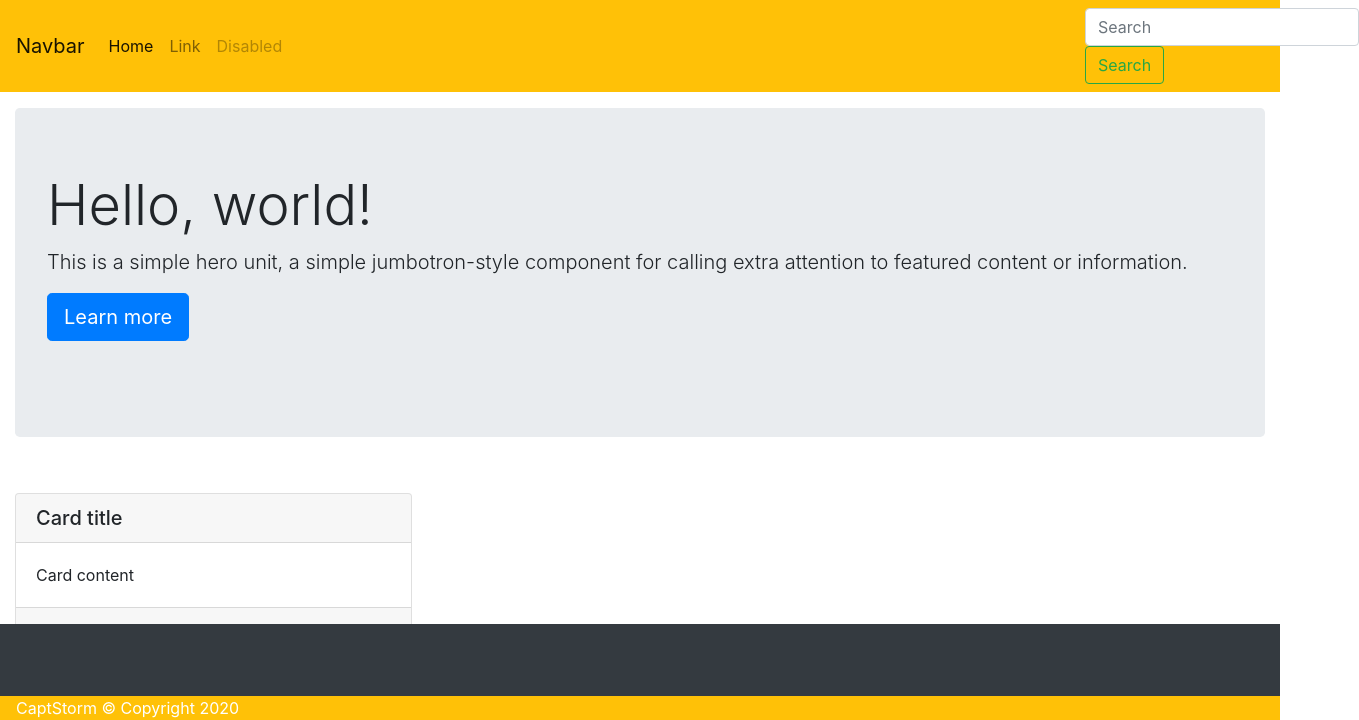
Repository: CaptainStorm21/complete-react16-bootstrap-passing-props
Page: /
These files come from the project's save history. The page is drawn as it stood at one moment and after the next save; the edit follows.
The browser window is 1280 px wide. The page is 1359 px wide, then 1280 px, so the pictures cover 1359 px, including what lies to the right of the window. The pictures show the whole page.
The project was rebuilt for these pictures with package versions that can differ from the ones it lists, and the page was loaded fresh each time.

Above is the page before, as saved 2020-04-23 14:43:28.

### public/index.html
<!DOCTYPE html>
<html lang="en">
<head>
  <title>Bootstrap Example</title>
  <meta charset="utf-8">
  <meta name="viewport" content="width=device-width, initial-scale=1">
  <link rel="stylesheet" href="https://maxcdn.bootstrapcdn.com/bootstrap/4.4.1/css/bootstrap.min.css">
  <script src="https://ajax.googleapis.com/ajax/libs/jquery/3.4.1/jquery.min.js"></script>
  <script src="https://cdnjs.cloudflare.com/ajax/libs/popper.js/1.16.0/umd/popper.min.js"></script>
  <script src="https://maxcdn.bootstrapcdn.com/bootstrap/4.4.1/js/bootstrap.min.js"></script>
</head>
<body>
<div id="root"></div>

</body>
</html>

### src/index.js
import React from 'react';
import ReactDOM from 'react-dom';
import './style.css';
import App from './App';
import * as serviceWorker from './serviceWorker';


ReactDOM.render(
  <React.StrictMode>
    <App />
  </React.StrictMode>,
  document.getElementById('root')
);

// If you want your app to work offline and load faster, you can change
// unregister() to register() below. Note this comes with some pitfalls.
// Learn more about service workers: https://bit.ly/CRA-PWA
serviceWorker.unregister();

### src/style.css




body {
  margin: 0;
  font-family: -apple-system, BlinkMacSystemFont, 'Segoe UI', 'Roboto', 'Oxygen',
    'Ubuntu', 'Cantarell', 'Fira Sans', 'Droid Sans', 'Helvetica Neue',
    sans-serif;
  -webkit-font-smoothing: antialiased;
  -moz-osx-font-smoothing: grayscale;
}

.footer {
  position: absolute;
  bottom: 0;
  width: 100%;
  height: 60px; /* Set the fixed height of the footer here */
  line-height: 60px; /* Vertically center the text there */
  background-color: purple;
}

### src/App.js
import React from "react";
import Main from "./components/Main";
import ContanerCard from "./components/ContainerCard";

import Header from "./components/layout/Header";
import Footer from "./components/layout/Footer";

function App() {
  return (
    <div>
      <Header />
      <div classNameName="container-fluid">
        <div className="col-lg-12 py-3">
          <Main />
        </div>
        <div className="container-fluid">
          <div className="row">
            <ContanerCard />
          </div>
        </div>
        <Footer />
      </div>
    </div>
  );
}

export default App;

### src/components/Main.js
import React from "react";

function Main() {
  return (
    <div className="jumbotron">
      <h1 className="display-4">Hello, world!</h1>
      <p className="lead">
        This is a simple hero unit, a simple jumbotron-style component for
        calling extra attention to featured content or information.
        <p className = "py-3">
        <a className="btn btn-primary btn-lg" href="#" role="button">
          Learn more
        </a>
        </p>
      </p>
    </div>
  );
}

export default Main;

### src/components/ContainerCard.js
import React from "react";

function ContainerCard() {
  return (
    <div className="col-md-4 col-lg-4 py-2">
    <div className="card">
      <h5 className="card-header">Card title</h5>
      <div className="card-body">
        <p className="card-text">Card content</p>
      </div>
      <div className="card-footer">Card footer</div>
    </div>
    </div>
  );
}

export default ContainerCard;

### src/components/layout/Header.js
import React from "react";
import Navbar from "./Navbar";

function Header() {
  return (
    <nav className="navbar navbar-expand-lg navbar-light bg-warning">
              <Navbar />
    </nav>
  );
}

export default Header;

### src/components/layout/Footer.js
import React from "react";

function Footer() {
  return (
    <footer className="bg-dark py-5 fixed-bottom ">
      <div className="container"></div>
      <div className="container-fluid">
        <div className="row bg-info">
        <div className="bg-warning fixed-bottom">
          <span className="p-3 text-white">
            CaptStorm &copy; Copyright 2020
          </span>
        </div>        </div>
      </div>
    </footer>
  );
}

export default Footer;

### src/components/layout/Navbar.js
import React from "react";
import "./Nav.css";

function Navbar() {
  return (
    <>
 <a className="navbar-brand" href="#">Navbar</a>
  <button className="navbar-toggler" type="button" data-toggle="collapse" data-target="#navbarTogglerDemo02" aria-controls="navbarTogglerDemo02" aria-expanded="false" aria-label="Toggle navigation">
    <span className="navbar-toggler-icon"></span>
  </button>

  <div className="collapse navbar-collapse" id="navbarTogglerDemo02">
    <ul className="navbar-nav mr-auto mt-2 mt-lg-0">
      <li className="nav-item active">
        <a className="nav-link" href="#">Home <span className="sr-only">(current)</span></a>
      </li>
      <li className="nav-item">
        <a className="nav-link" href="#">Link</a>
      </li>
      <li className="nav-item">
        <a className="nav-link disabled" href="#" tabindex="-1" aria-disabled="true">Disabled</a>
      </li>
    </ul>
    <form className="form-inline my-2 my-lg-0 col-2">
      <input className="form-control mr-sm-2" type="search" placeholder="Search" />
      <button className="btn btn-outline-success my-2 my-sm-0" type="submit">Search</button>
    </form>
    </div>
        </>

  );
}

export default Navbar;

### src/components/layout/Nav.css
@media (min-width: 768px) {
    .navbar-nav {
      width: 100%;
      text-align: center;
    }
    .navbar-nav > li {
      float: none;
      display: inline-block;
    }
    .navbar-nav > li.navbar-right {
      float: right !important;
    }
  }

Loaded but not shown: src/serviceWorker.js (common file)

After the next save:
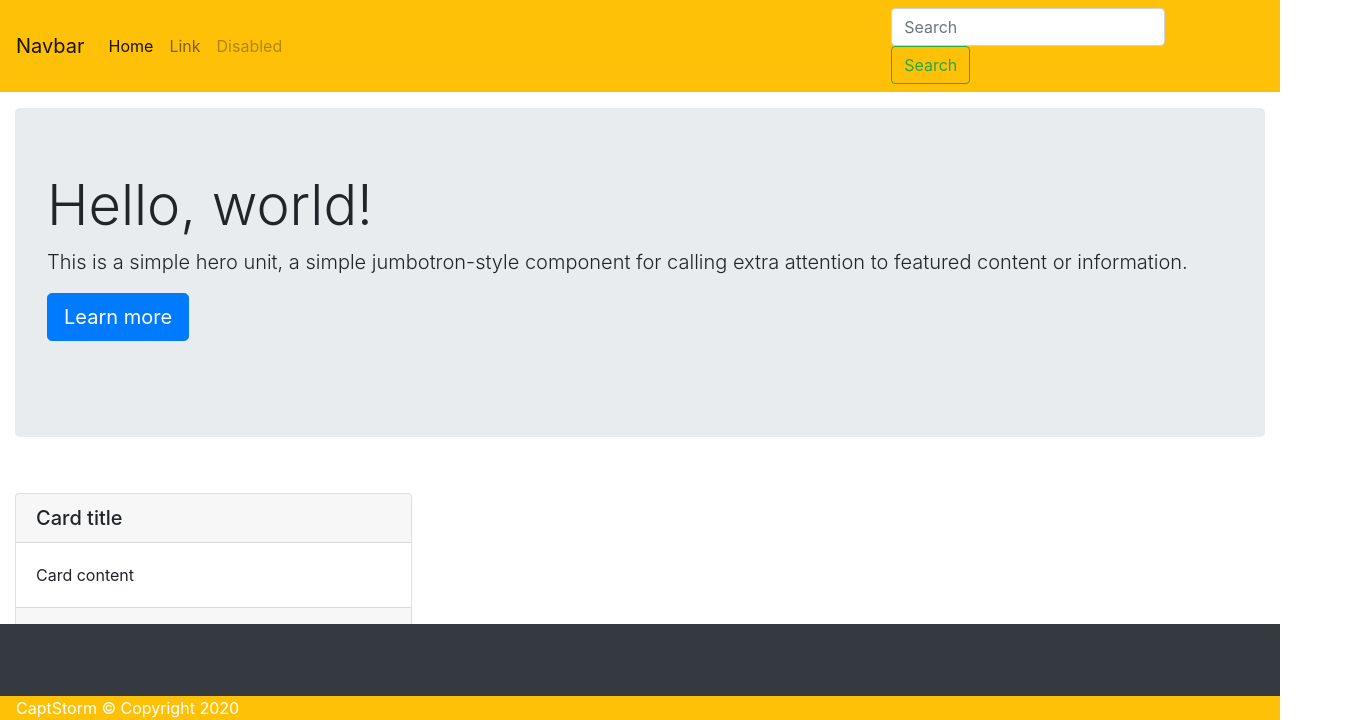
Saved 7 s later.
--- a/src/components/layout/Navbar.js
+++ b/src/components/layout/Navbar.js
@@ -21,7 +21,7 @@ function Navbar() {
         <a className="nav-link disabled" href="#" tabindex="-1" aria-disabled="true">Disabled</a>
       </li>
     </ul>
-    <form className="form-inline my-2 my-lg-0 col-2">
+    <form className="form-inline my-2 my-lg-0 col-4">
       <input className="form-control mr-sm-2" type="search" placeholder="Search" />
       <button className="btn btn-outline-success my-2 my-sm-0" type="submit">Search</button>
     </form>
